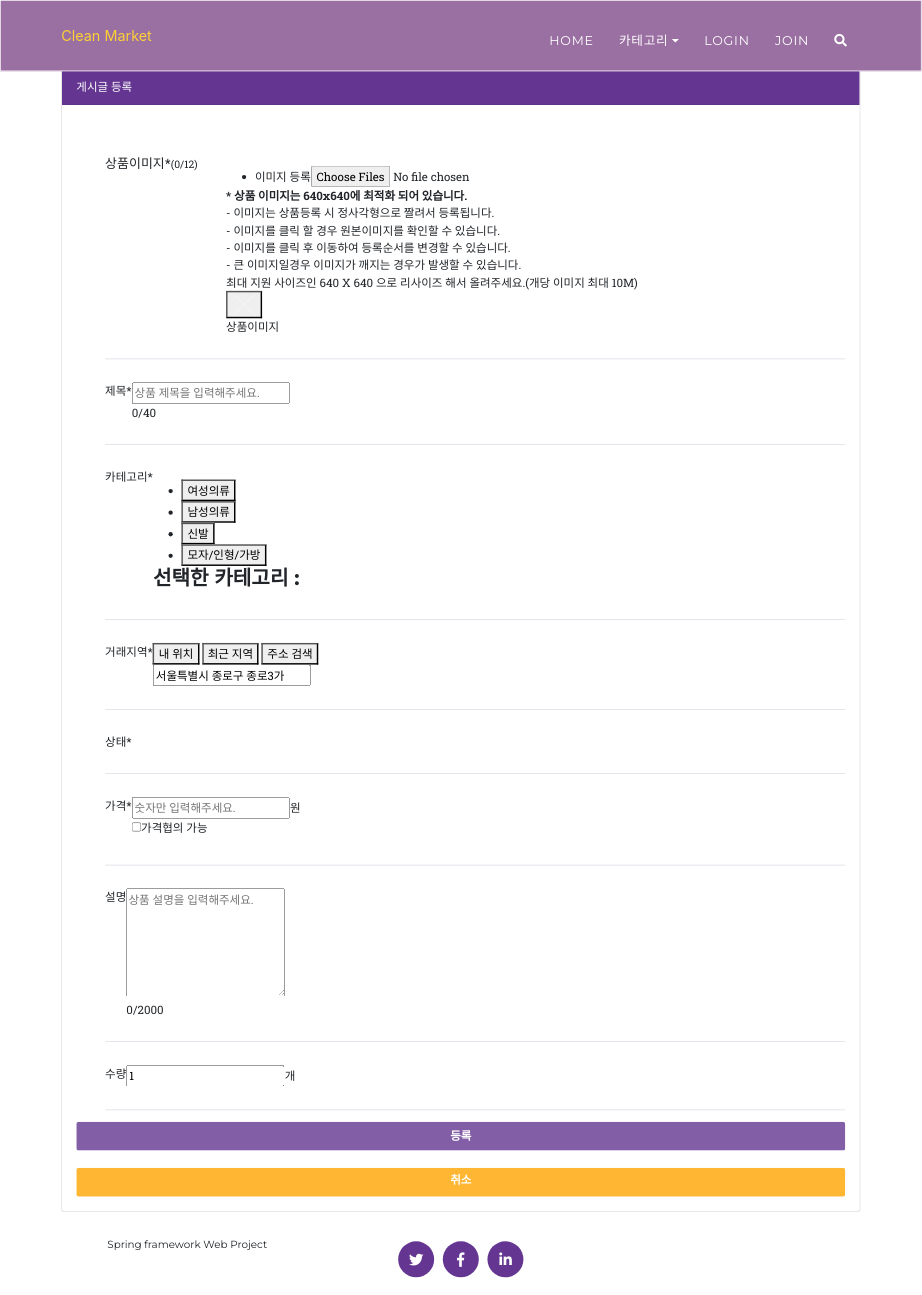
Repository: mim-mim-ji/Cleanmarket_web
Page: http://localhost/CleanMarket/WEB-INF/views/item/write.jsp
The author's editor kept a copy of each file at every save. The page is drawn from the files as they stood at one save, then again after the next save.
The browser window is 1280 px wide. The pictures show the whole page, at 72% of full size.
Some web fonts or font styles are not loaded; a fallback is used. The page is served by Tomcat 9. Nobody is signed in. The template is opened directly, without the code that normally fills it, so the values that code supplies are empty.

Above is the page before, as saved 2021-03-21 02:06:36.

After the next save:
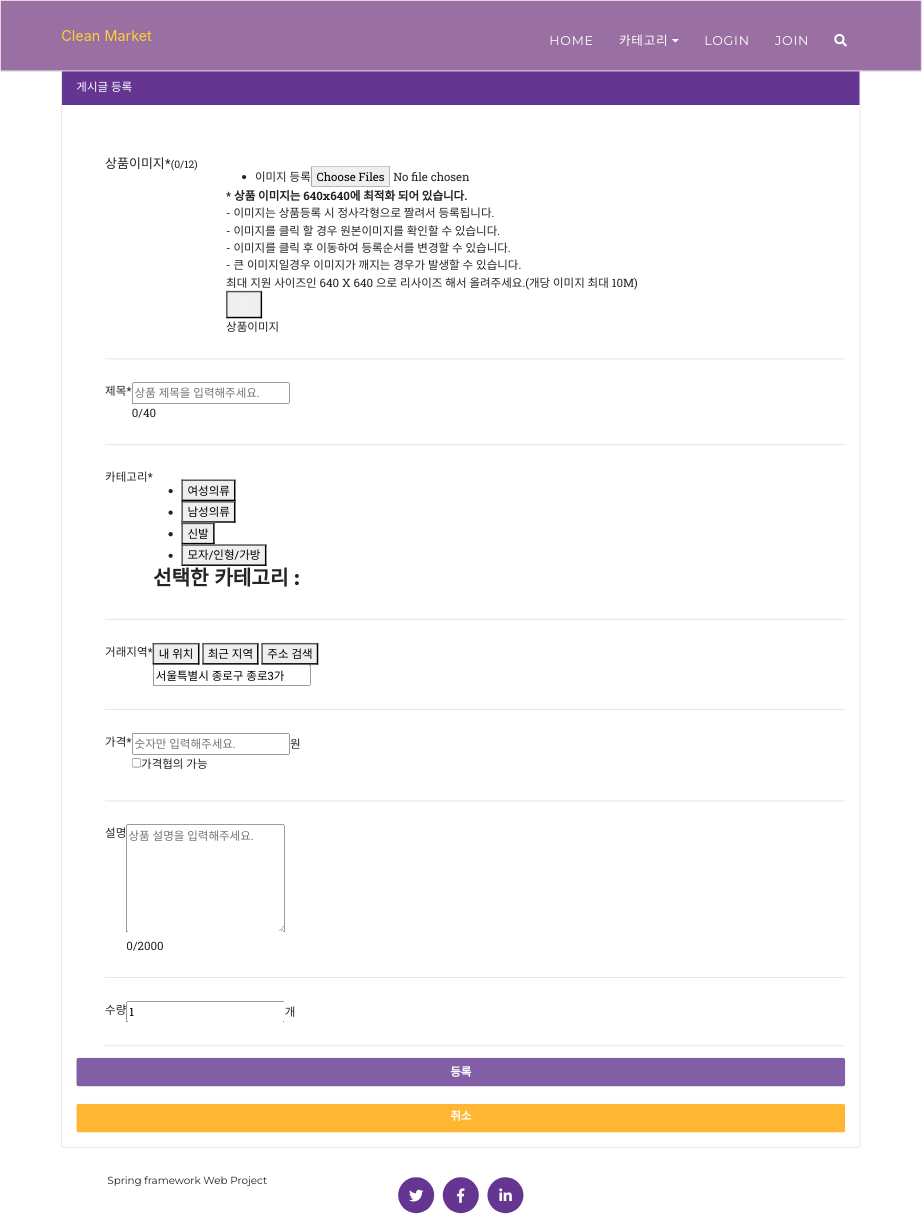
Saved 37 s later.
--- a/CleanMarket/src/main/webapp/WEB-INF/views/item/write.jsp
+++ b/CleanMarket/src/main/webapp/WEB-INF/views/item/write.jsp
@@ -124,9 +124,7 @@ ul {
 									<input readonly="" placeholder="선호 거래 지역을 검색해주세요."
 										class="sc-OnmeF jNsyep" value="서울특별시 종로구 종로3가">
 								</div></li>
-							<li class="sc-gxbSSY bphXry"><div class="sc-bXopBW drMtcr">
-									상태<span>*</span>
-								</div>
+
 							<li class="sc-gxbSSY bphXry"><div class="sc-bXopBW gxnpCB">
 									가격<span>*</span>
 								</div>
